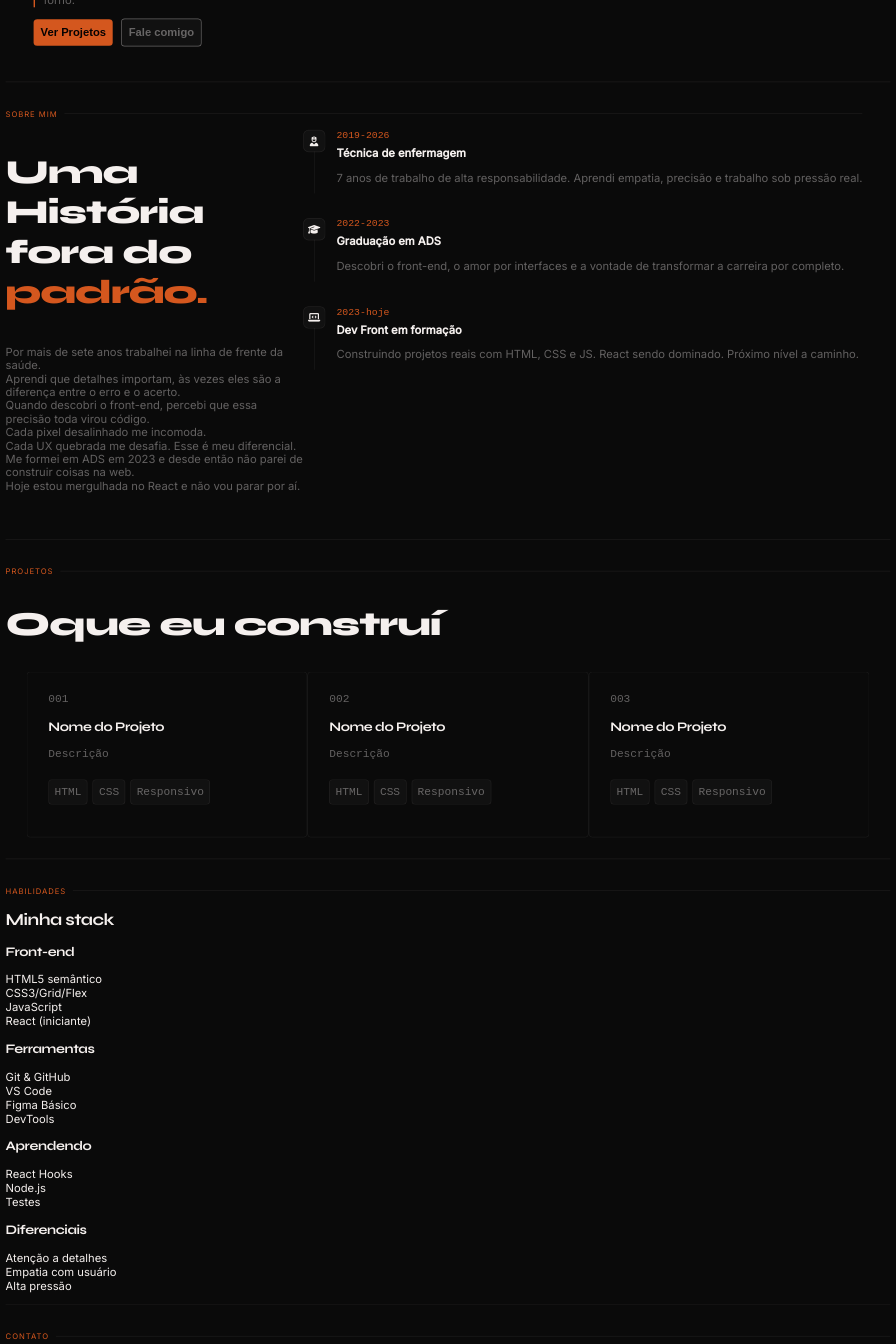
Repository: Bitroia/Portifolio
Page: index.html
The author's editor kept a copy of each file at every save. The page is drawn from the files as they stood at one save, then again after a run of saves.
The browser window is 1280 px wide. The pictures show the part of the page from y = 699 to 2619 px (the page is 2908 px tall), at 70% of full size.
Some web fonts or font styles are not loaded; a fallback is used.

Above is the page before, as saved 2026-04-29 23:25:43.

### index.html
<!doctype html>
<html lang="pt-br">
  <head>
    <meta charset="UTF-8" />
    <meta name="viewport" content="width=device-width, initial-scale=1.0" />
    <link rel="stylesheet" href="styles/style.css" />
    <script src="scripts/script.js" defer></script>
    <link
      href="https://fonts.googleapis.com/css2?family=Syne:wght@400;700;800&family=Inter:wght@300;400;500&display=swap"
      rel="stylesheet"
    />
    <link
      href="https://fonts.googleapis.com/css2?family=Syne:wght@400;700;800&family=Syne+Mono&family=Inter:wght@300;400;500&display=swap"
      rel="stylesheet"
    />
    <link
      rel="stylesheet"
      href="https://cdnjs.cloudflare.com/ajax/libs/font-awesome/6.5.0/css/all.min.css"
    />
    <title>Meu portifólio</title>
  </head>
  <body>
    <header>
      <nav id="nav-container">
        <h2>vitoria.cardozo</h2>
        <ul id="ul-container">
          <li><a href="#">SOBRE</a></li>
          <li><a href="#">PROJETOS</a></li>
          <li><a href="#">SKILLS</a></li>
          <li><a href="#">CONTATO</a></li>
        </ul>
      </nav>
    </header>
    <main>
      <section id="hero-section">
        <section id="sections-container">
          <section id="introduction-section">
            <div id="available-container">
              <span class="dot-2"></span>
              <p class="available-p">Disponível para oportunidades</p>
            </div>
            <span class="line-1">Front-end</span>
            <span class="line-2">que veio da</span>
            <span class="accent">linha de frente</span>
            <p class="p-introduction">
              Da enfermagem para o código. Construo interfaces <br />
              com a mesma precisão que aprendi cuidando de <br />
              pessoas. ADS 2023. HTML, CSS, JS. React no forno.
            </p>
            <button id="projects-btn">Ver Projetos</button>
            <button id="talk-to-me-btn">Fale comigo</button>
          </section>
          <section id="secondary-section">
            <div id="info-container">
              <div class="terminal-bar">
                <span class="dot red"></span>
                <span class="dot yellow"></span>
                <span class="dot green"></span>
                <span class="terminal-title">perfil.json</span>
              </div>
              <div id="code-info-container">
                <pre><code><span class="t-comment">// desenvolvendo front-end</span>
          {
        <span class="t-key">"nome"</span>: <span class="t-str">"Vitoria Cardozo"</span>,
        <span class="t-key">"stack"</span>: [<span class="t-str">"HTML"</span>, <span class="t-str">"CSS"</span>, <span class="t-str">"JS"</span>, <span class="t-str">"React"</span>],
        <span class="t-key">"formação"</span>: <span class="t-str">"ADS 2023"</span>,
        <span class="t-key">"background"</span>: <span class="t-str">"Enfermagem"</span>,
        <span class="t-key">"status"</span>: <span class="t-const">open_to_work</span>
         }
                </code></pre>
              </div>
            </div>
            <ul class="mini-cards-container">
              <li class="mini-card">
                <span class="num">5+</span>
                <span class="label">Anos desenvolvendo atenção a detalhes</span>
              </li>
              <li class="mini-card">
                <span class="num">ADS</span>
                <span class="label"
                  >Graduação em Análise e desenvolvimento de Sistemas</span
                >
              </li>
              <li class="mini-card">
                <span class="num">3+</span>
                <span class="label">Projetos front-end no portfólio</span>
              </li>
              <li class="mini-card">
                <span class="num">&#8734;</span>
                <span class="label">Vontade de aprender e crescer</span>
              </li>
            </ul>
          </section>
        </section>
      </section>
      <section id="about-me-section">
        <span class="title">Sobre mim</span>
        <section id="history-section">
          <h1 class="font-history">
            <span class="font-history-1">Uma História</span><br />fora do
            <span class="font-history-2">padrão.</span>
          </h1>
          <p>
            Por mais de sete anos trabalhei na linha de frente da saúde. <br />
            Aprendi que detalhes importam, às vezes eles são a diferença entre o
            erro e o acerto. <br />
            Quando descobri o front-end, percebi que essa precisão toda virou
            código. <br />
            Cada pixel desalinhado me incomoda. <br />
            Cada UX quebrada me desafia. Esse é meu diferencial. <br />
            Me formei em ADS em 2023 e desde então não parei de construir coisas
            na web. <br />
            Hoje estou mergulhada no React e não vou parar por aí.
          </p>
        </section>
        <section id="experiences-section">
          <dl class="experiences-list">
            <div class="exp-row">
              <div class="exp-item">
                <div class="box-icon">
                  <i class="fa-solid fa-user-nurse icon"></i>
                </div>
              </div>
              <div class="exp-content">
                <dt class="date-exp">2019-2026</dt>
                <dd class="desc-exp">
                  <strong>Técnica de enfermagem</strong>
                  <p>
                    7 anos de trabalho de alta responsabilidade. Aprendi
                    empatia, precisão e trabalho sob pressão real.
                  </p>
                </dd>
              </div>
            </div>
            <div class="exp-row">
              <div class="exp-item">
                <div class="box-icon">
                  <i class="fa-solid fa-graduation-cap icon"></i>
                </div>
              </div>
              <div class="exp-content">
                <dt class="date-exp">2022-2023</dt>
                <dd class="desc-exp">
                  <strong>Graduação em ADS</strong>
                  <p>
                    Descobri o front-end, o amor por interfaces e a vontade de
                    transformar a carreira por completo.
                  </p>
                </dd>
              </div>
            </div>
            <div class="exp-row">
              <div class="exp-item">
                <div class="box-icon">
                  <i class="fa-solid fa-laptop-code icon"></i>
                </div>
              </div>
              <div class="exp-content">
                <dt class="date-exp">2023-hoje</dt>
                <dd class="desc-exp">
                  <strong>Dev Front em formação</strong>
                  <p>
                    Construindo projetos reais com HTML, CSS e JS. React sendo
                    dominado. Próximo nível a caminho.
                  </p>
                </dd>
              </div>
            </div>
          </dl>
        </section>
      </section>
      <section id="projects-section">
        <span class="title">Projetos</span>
        <h2 class="font-build">Oque eu construí</h2>
        <div id="article-container">
          <article class="project-card">
            <a href="#" class="link-overlay" target="_blank"></a>
            <span class="num-article">001</span>
            <h3>Nome do Projeto</h3>
            <p>Descrição</p>
            <ul class="tech-tags">
              <li>HTML</li>
              <li>CSS</li>
              <li>Responsivo</li>
            </ul>
          </article>
          <article class="project-card">
            <a href="#" class="link-overlay" target="_blank"></a>
            <span class="num-article">002</span>
            <h3>Nome do Projeto</h3>
            <p>Descrição</p>
            <ul class="tech-tags">
              <li>HTML</li>
              <li>CSS</li>
              <li>Responsivo</li>
            </ul>
          </article>
          <article class="project-card">
            <a href="#" class="link-overlay" target="_blank"></a>
            <span class="num-article">003</span>
            <h3>Nome do Projeto</h3>
            <p>Descrição</p>

            <ul class="tech-tags">
              <li>HTML</li>
              <li>CSS</li>
              <li>Responsivo</li>
            </ul>
          </article>
        </div>
      </section>
      <section id="skills-section">
        <span class="title">Habilidades</span>
        <h1>Minha stack</h1>
        <article class="stack-card">
          <h3>Front-end</h3>
          <ul class="stack-ul">
            <li>HTML5 semântico</li>
            <li>CSS3/Grid/Flex</li>
            <li>JavaScript</li>
            <li>React (iniciante)</li>
          </ul>
        </article>
        <article class="stack-card">
          <h3>Ferramentas</h3>
          <ul class="stack-ul">
            <li>Git & GitHub</li>
            <li>VS Code</li>
            <li>Figma Básico</li>
            <li>DevTools</li>
          </ul>
        </article>
        <article class="stack-card">
          <h3>Aprendendo</h3>
          <ul class="stack-ul">
            <li>React Hooks</li>
            <li>Node.js</li>
            <li>Testes</li>
          </ul>
        </article>
        <article class="stack-card">
          <h3>Diferenciais</h3>
          <ul class="stack-ul">
            <li>Atenção a detalhes</li>
            <li>Empatia com usuário</li>
            <li>Alta pressão</li>
          </ul>
        </article>
      </section>
      <section id="go-to-work-section">
        <span class="title">Contato</span>
        <h1>
          Vamos trabalhar
          <span class="accent">juntos?</span>
        </h1>
        <p>
          Aberta a oportunidades, freelas e parcerias. Manda uma mensagem,
          responderei rápido.
        </p>
        <a href="#" class="contact-link">meuemail@email.com</a>
        <a href="#" class="contact-link">in/ LinkedIn</a>
        <a href="#" class="contact-link">gh/ GitHub</a>
      </section>
    </main>
    <footer>
      <p>Data, meu nome</p>
      <p>built with HTML, CSS & determinação</p>
    </footer>
  </body>
</html>

### styles/style.css
:root {
  --fundo-geral: #0a0a0a;
  --fundo-cards: #111111;
  --hovers: #d8b5b5;
  --text: #f5f0ee;
  --second-text: #f5f0ee61;
  --dark-text: #050202;
  --accent: #d4571e;
  --accent-hover: #ff6a2a;
  --border: #f5f0ee12;
  --t-str: #7dd3fc;
  --t-comment: #5a6a1f;
  --font-title: "Syne", sans-serif;
  --font-body: "Inter", sans-serif;
  --font-mono: 'Syne Mono', monospace;
}
@keyframes pulse {
  0%,
  100% {
    opacity: 1;
    transform: scale(1);
  }
  50% {
    opacity: 0.4;
    transform: scale(1.5);
  }
}
* {
  padding: 0;
}

h1,
h2,
h3 {
  font-weight: 600;
  letter-spacing: -0.03em;
  color: var(--text);
  font-family: var(--font-title);
}

.line-1,
.accent {
  font-family: var(--font-title);
  font-weight: 800;
}

.font-history {
  font-size: 3rem;
  font-weight: 800;
}

.font-history-2 {
  color: var(--accent);
}

p {
  color: var(--second-text);
  line-height: 1.2;
}

.title {
  display: flex;
  align-items: center;
  gap: 10px;
  width: 100%;
}
.title::after {
  content: "";
  flex: 1;
  height: 1px;
  background-color: var(--border);
}

body {
  background-color: var(--fundo-geral);
  color: var(--text);
  font-family: var(--font-body);
  font-weight: 400;
}

/* Header */

header {
  border-bottom: 1px solid var(--border);
}

#nav-container {
  display: flex;
  justify-content: space-between;
  padding: 0.5px;
}

#ul-container {
  display: flex;
  list-style: none;
  gap: 1rem;
}

#ul-container a {
  text-decoration: none;
  color: var(--second-text);
  font-size: 13px;
  transition: 0.5s;
}

#ul-container a:hover {
  color: var(--hovers);
}

/* Apresentação */

#available-container {
  display: flex;
  flex-direction: row;
  align-items: center;
  gap: 8px;
}

.line-1 {
  color: var(--text);
  display: block;
  font-size: 5rem;
  width: 100%;
  line-height: 1;
}

.line-2 {
  color: var(--second-text);
  display: block;
  font-size: 4rem;
  width: 100%;
  display: inline-block;
  line-height: 1;
}

.accent {
  color: var(--accent);
  font-size: 5rem;
  display: block;
  line-height: 1;
}

.available-p {
  color: var(--accent);
}

/* Cards */

#info-container {
  display: flex;
  flex-direction: column;
  width: 700px;
  border-radius: 5px;
}

.terminal-bar {
  display: flex;
  gap: 8px;
  align-items: center;
  padding: 10px 14px;
  background-color: #181818;
  border-bottom: 2px solid var(--fundo-cards);
  border-radius: 5px;
  margin-bottom: 0;
}
.dot-2 {
  background-color: #ccff00;
  animation: pulse 2s ease-in-out infinite;
  width: 5px;
  height: 5px;
  border-radius: 50%;
  display: inline-block;
}

.dot {
  width: 8px;
  height: 8px;
  border-radius: 50%;
  display: inline-block;
}

.dot.red {
  background-color: #ff5f57;
}
.dot.yellow {
  background: #ffbd2e;
}
.dot.green {
  background: #28c840;
}

.terminal-title {
  font-family: var(--font-mono);
  font-size: 11px;
  color: var(--second-text);
  margin: 0 auto;
}

#code-info-container {
  color: var(--second-text);
  background-color: var(--fundo-cards);
  border-radius: 3px;
  font-size: 12px;
  line-height: 2;
  height: 210px;
}

#code-info-container pre {
  margin: 0;
  padding: 1rem;
  white-space: pre; /* mantém a formatação do código */
  max-width: 100%; /* não vaza do pai */
}

.t-comment {
  color: var(--t-comment);
}

.t-key {
  color: var(--accent);
}

.t-str {
  color: var(--t-str);
}
/* Sessões */

#hero-section {
  padding: 0 40px 50px 0;
  margin-top: 3%;
  border-bottom: 1px solid var(--border);
}

#introduction-section {
  flex: 1;
}

#introduction-section .p-introduction {
  border-left: var(--accent) 2px solid;
  padding-left: 12px;
}

#secondary-section {
  width: 700px;
  height: 550px;
}

.mini-cards-container {
  display: grid;
  grid-template-columns: repeat(2, 1fr);
  gap: 16px;
  width: 700px;
}

.mini-card {
  display: flex;
  border: 1px solid var(--border);
  padding: 30px;
  list-style: none;
  text-align: center;
  flex-direction: column;
  border-radius: 5px;
  flex: 0 0 calc(50% - 8px);
  background-color: var(--fundo-cards);
}

.num {
  color: var(--accent);
  font-family: var(--font-title);
  font-size: 23px;
  font-weight: 800;
  letter-spacing: -0.03em;
  margin-bottom: 6px;
  text-align: left;
}

.mini-card .label {
  color: var(--second-text);
  text-align: left;
  margin-top: 5px;
  font-size: 16px;
  font-family: var(--font-mono);
}

#sections-container {
  display: flex;
  gap: 40px;
  margin-top: 3%;
  padding: 0 40px;
}

#introduction-section p {
  justify-self: left;
  display: block;
}

#about-me-section {
  padding: 0 40px 50px 0;
  margin-top: 3%;
  border-bottom: 1px solid var(--border);
  display: flex;
  flex-wrap: wrap;
}

.title,
.available-p {
  font-family: var(--mono);
  font-size: 11px;
  letter-spacing: 0.12em;
  text-transform: uppercase;
  color: var(--accent);
  display: flex;
  align-items: center;
  gap: 10px;
}

#history-section {
  flex: 1;
}

.date-exp {
  color: var(--accent);
  font-family: var(--font-mono);
  font-size: 14px;
  margin-bottom: 3px;
}

.experiences-list {
  display: flex;
  flex-direction: column;
  gap: 32px; /* espaço entre cada experiência */
}

.exp-item {
  position: relative;
}

.exp-content {
  display: flex;
  flex-direction: column;
}

.desc-exp {
  margin: 4px 0 0 0;
}

.box-icon {
  position: relative;
  flex-shrink: 0; /* impede o ícone de encolher */
  display: flex;
  align-items: center;
  border: 1px solid var(--border);
  justify-content: center;
  width: 30px;
  height: 30px;
  border-radius: 8px;
  background-color: var(--fundo-cards);
}

.icon {
  font-size: 14px;
}

.exp-item:not(:last-child) .box-icon::after {
  content: "";
  position: absolute;
  top: 100%;
  left: 50%;
  transform: translateX(-50%);
  width: 1px;
  height: 60px;
  background-color: var(--border);
}

/* Linha do tempo */

.exp-row {
  display: flex;
  gap: 16px;
  align-items: flex-start;
}

#projects-section {
  margin-top: 3%;
  border-bottom: 1px solid var(--border);
}

.font-build{
  font-size: 3rem;
  font-weight: 800;
}

#article-container{
  display: flex;
  margin: 30px;
  font-family: var(--font-mono);
}

.project-card{
  border: 1px solid var(--border);
  padding: 30px;
  width: 90%;
  text-align: left;
  border-radius: 5px;
  cursor: pointer;
  position: relative;
  overflow: hidden;
}

.project-card::before{
  content: '';
  position: absolute;
  top: 0;
  left: 0;
  right: 0;
  height: 0;
  back
}

.project-card:hover{
  background-color: var(--border);
}

.link-overlay{
  position: absolute;
  inset: 0;
}

.num-article{
  color: var(--second-text);
  font-family: var(--font-mono);
}

.tech-tags{
  list-style: none;
  display: flex;
  gap: 7px;
}

.tech-tags li{
  border: 1px solid var(--border);
  text-align: center;
  background-color: var(--fundo-cards);
  border-radius: 5px;
  padding: 8px;
  color: var(--second-text);
  margin-top: 10px;
}

#skills-section {
  margin-top: 3%;
  border-bottom: 1px solid var(--border);
}

#go-to-work-section {
  margin-top: 3%;
  border-bottom: 1px solid var(--border);
}
/* Botões */

#projects-btn {
  background-color: var(--accent);
  padding: 10px;
  border-radius: 5px;
  border: none;
  color: var(--dark-text);
  font-size: 1rem;
  font-weight: 600;
  text-align: center;
  transition: transform 0.2s ease;
}

#talk-to-me-btn {
  background-color: var(--fundo-cards);
  padding: 10px;
  border-radius: 5px;
  border: 1px solid var(--second-text);
  color: var(--second-text);
  margin-left: 7px;
  font-weight: 600;
  text-align: center;
  font-size: 1rem;
  transition: transform 0.2s ease;
}

#projects-btn:hover {
  background-color: var(--accent-hover);
  box-shadow:
    0 0 10px rgba(212, 87, 30, 0.6),
    0 0 20px rgba(212, 87, 30, 0.4);
  transform: translateY(-2px);
}

#talk-to-me-btn:hover {
  background-color: var(--fundo-geral);
  color: var(--accent);
  border: 1px solid var(--accent);
  transform: translateY(-3px);
}

Loaded but not shown: scripts/script.js (no stored copy; drawn as an empty file)

After the next 2 saves:
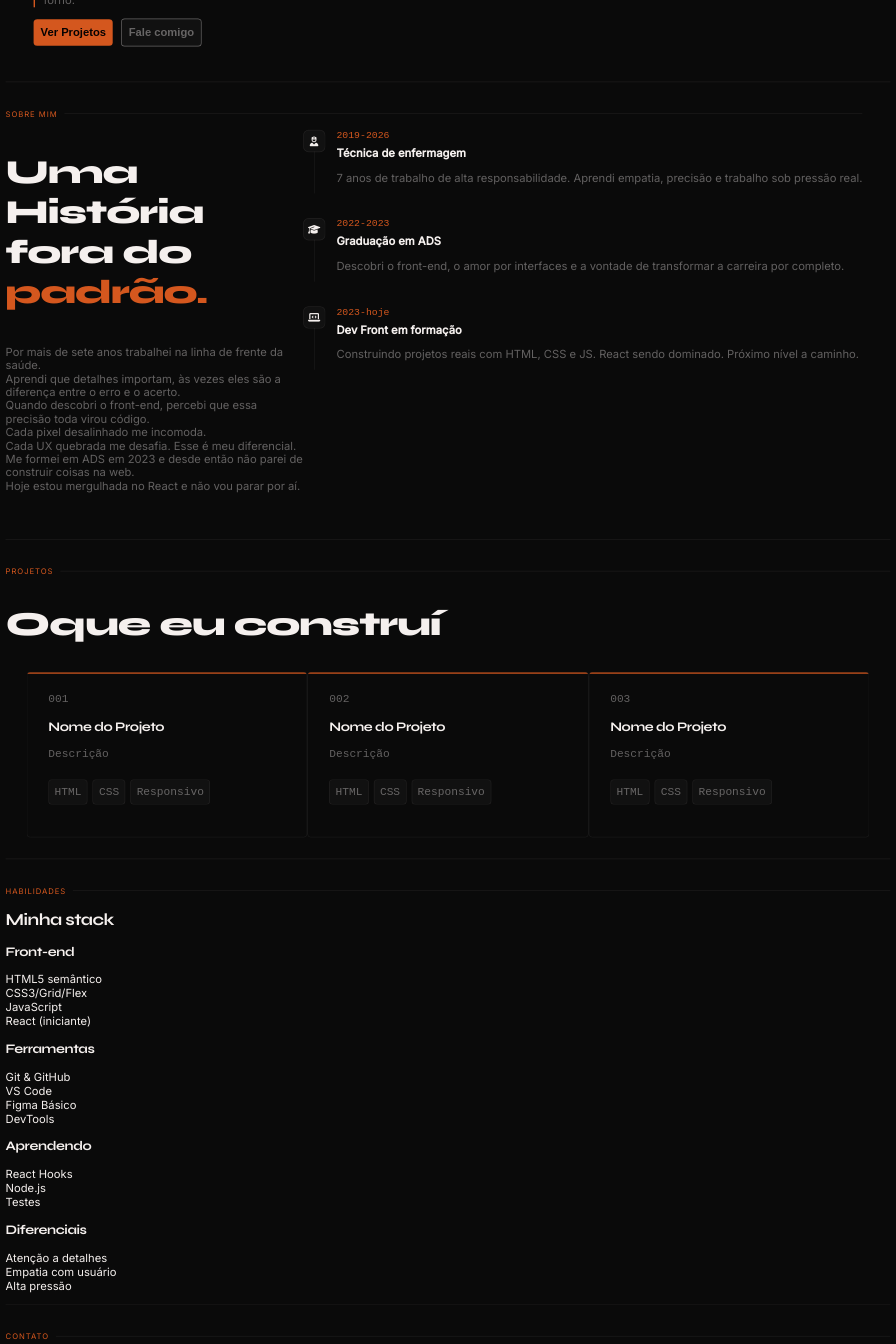
The 2 saves are shown as one change because they came seconds apart.
The last was saved 9 s later.
--- a/styles/style.css
+++ b/styles/style.css
@@ -413,8 +413,8 @@ header {
   top: 0;
   left: 0;
   right: 0;
-  height: 0;
-  back
+  height: 2px;
+  background: var(--accent);
 }
 
 .project-card:hover{
